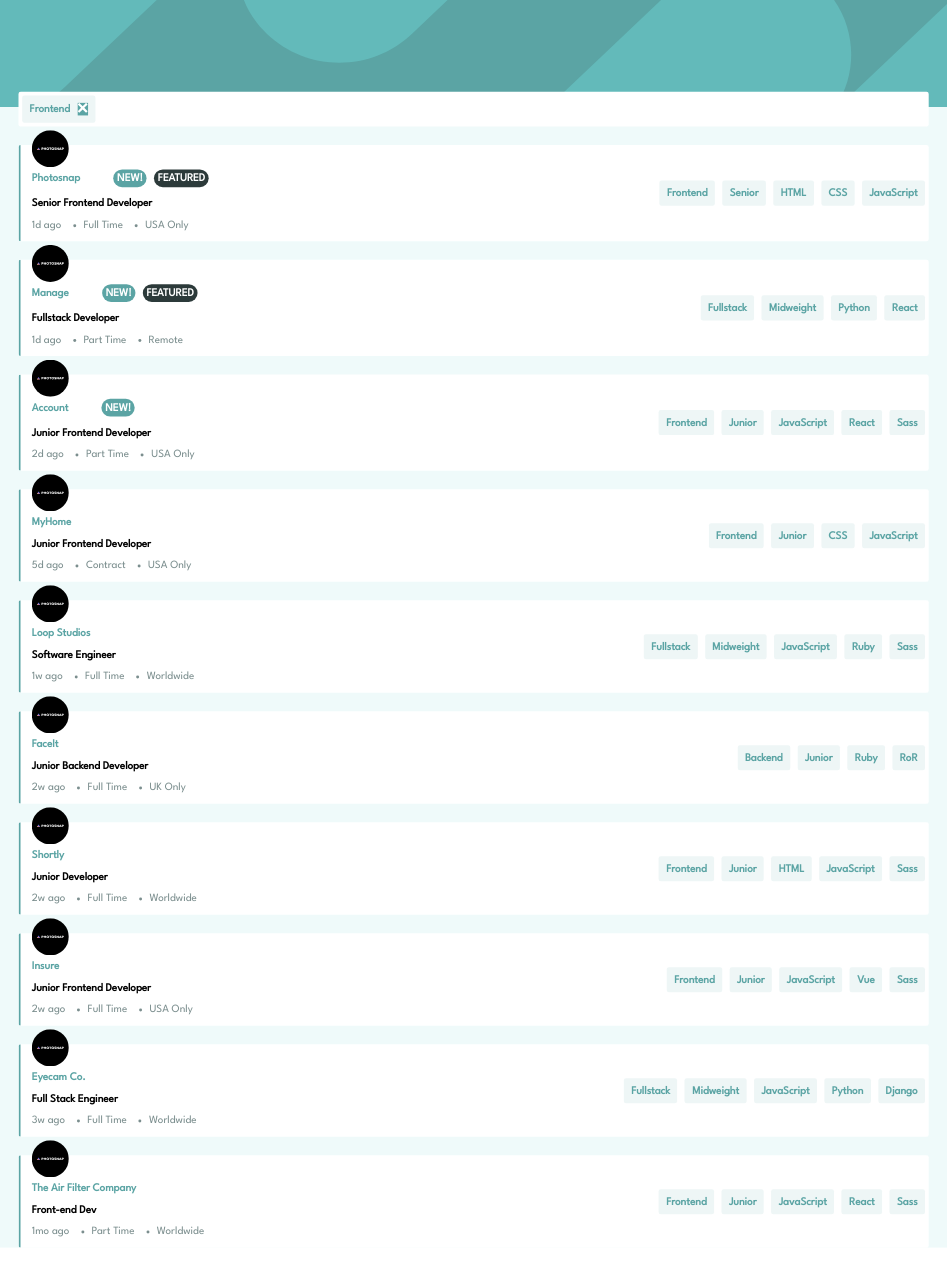
Repository: DevLaukey/job-listing
Page: /
These files come from the project's save history. The page is drawn as it stood at one moment and after the next save; the edit follows.
The browser window is 1280 px wide. The pictures show the whole page, at 74% of full size.
Some web fonts or font styles are not loaded; a fallback is used. The project was rebuilt for these pictures with package versions that can differ from the ones it lists, and the page was loaded fresh each time.

Above is the page before, as saved 2022-06-03 00:59:48.

### src/App.js
import "./App.css";
import Filter from "./components/Filter";
import Header from "./components/Header";
import Tablet from "./components/Tablet";
import data from "./data.json";

function App() {
  const tablets = data.map((data) => <Tablet
    key={data.id}
    company={data.company}
    neew={data.new}
    featured={data.featured}
    position={data.position}
    role={data.role}
    level={data.level}
    postedAt={data.postedAt}
    contract={data.contract}
    location={data.location}
    languages={data.languages}
    tools={data.tools}
    logo={data.logo} />);
  return (
    <div className="App">
      <Header />
      <Filter />
      <div className="content">{tablets}</div>
    </div>
  );
}

export default App;

### src/App.css
@import url('https://fonts.googleapis.com/css2?family=Grape+Nuts&family=League+Spartan&display=swap');
*{
  margin: 0;
  padding: 0;
  box-sizing: border-box;
}
.App{
  background-color: hsl(180, 52%, 96%);
  font-size: 15px;
}

### src/components/Filter.js
import React from 'react'
import icon from "./images/icon-remove.svg";
function Filter() {
  return (
      <div className="tablet filter">
          <div className="option">
              <p className="frontend">Frontend</p>
              <div className="icon">

              <img src={icon } alt="" />
              </div>
          </div>
    </div>
  )
}

export default Filter

### src/components/Header.js
import React from 'react'
import "./styles.css"

function Header() {
  return (
    <header className='header'></header>
  )
}

export default Header

### src/components/Tablet.js
import React from "react";
import "./styles.css";
import logos from "./images/photosnap.svg";
function Tablet({ key, company, logo, neew, featured, position, role, level, postedAt, contract, location, languages, tools }) {
    // console.log(logo);
    // const logos = require(logo).default;
    // console.log(logos)
    return (
      <div className="tablet boarder">
        <div className="tablet_content" >
          <img className="image" src={logos} alt="" />

          <div className="heading">
            <div className="company">
              <p>{company}</p>
            </div>
            <div>{neew && <p className="new">NEW!</p>}</div>
            <div>{featured && <p className="featured">FEATURED</p>}</div>
          </div>
          <div className="title">
            <p>{position}</p>
          </div>
          <div className="details">
            <p>{postedAt}</p>
            <ul className="list">
              <li>{contract}</li>
              <li className="country">{location}</li>
            </ul>
          </div>
          <hr className="line" />
        </div>
          <div className="tags">
            <p className="category">{role}</p>
            <p className="category">{level}</p>
            {languages.map((language) => (
              <p className="category"> {language}</p>
            ))}
            {tools.map((tool) => (
              <p className="category"> {tool}</p>
            ))}
          </div>
      </div>
    );
}

export default Tablet;

### src/components/styles.css
.header {
  background-image: url(../assets/bg-header-mobile.svg);
  padding: 10vh;
  background-color: hsl(180, 29%, 50%);
}
.tablet {
  background-color: white;
  margin: 25px 25px 20px 25px;
  font-family: "League Spartan", sans-serif;
  border-radius: 3px;
  font-weight: 700;
}
.boarder {
  border-left: 3px solid hsl(180, 29%, 50%);
}
.tablet_content {
  margin-left: 15px;
  margin-right: 25px;
  align-items: center;
}
.image {
  height: 50px;
  margin-top: -20px;
}
.heading {
  display: flex;
}
.company {
  color: hsl(180, 29%, 50%);
  margin-right: 3em;
  margin-top: 5px;
}
.new {
  background-color: hsl(180, 29%, 50%);
  padding: 5px;
  color: white;
  border-radius: 25px;
  margin-right: 10px;
}
.featured {
  background-color: hsl(180, 14%, 20%);
  padding: 5px;
  color: white;
  border-radius: 25px;
}
.title {
  margin-top: 15px;
}
.details {
  display: flex;
  color: hsl(180, 8%, 52%);
  font-weight: 400;
  margin-top: 15px;
  margin-bottom: 15px;
}
.list {
  display: flex;
  margin-left: 2em;
}
.country {
  margin-left: 2em;
}
.line {
  margin-bottom: 15px;
  color: gray;
}
.tags {
  color: hsl(180, 29%, 50%);
  display: flex;
  flex-wrap: wrap;
}
.category {
  background-color: hsl(180, 31%, 95%);
  padding: 10px;
  border-radius: 3px;
  margin: 5px;
}

.filter {
  margin-top: -20px;
  display: flex;
  flex-wrap: wrap;
}
.option {
  color: hsl(180, 29%, 50%);
  display: flex;
  align-items: center;
  width : fit-content;
   background-color: hsl(180, 31%, 95%);
  padding: 10px;
  border-radius: 3px;
  margin: 5px;
}
.front-end{
    flex-grow: 2;
}
.icon {
  margin-left: 10px;
 flex-grow: 1;
 height:100%;
  background-color: hsl(180, 29%, 50%);
}
/* media query */

@media screen and (min-width: 768px) {
  .header {
    background-image: url(../assets/bg-header-desktop.svg);
  }
  .line {
    display: none;
  }
  .tablet {
    display: flex;
    align-items: center;
    justify-content: space-between;
  }
}

Loaded but not shown: public/index.html (common file); src/index.js (common file); src/index.css (common file); src/reportWebVitals.js (common file); src/data.json (common file)

After the next save:
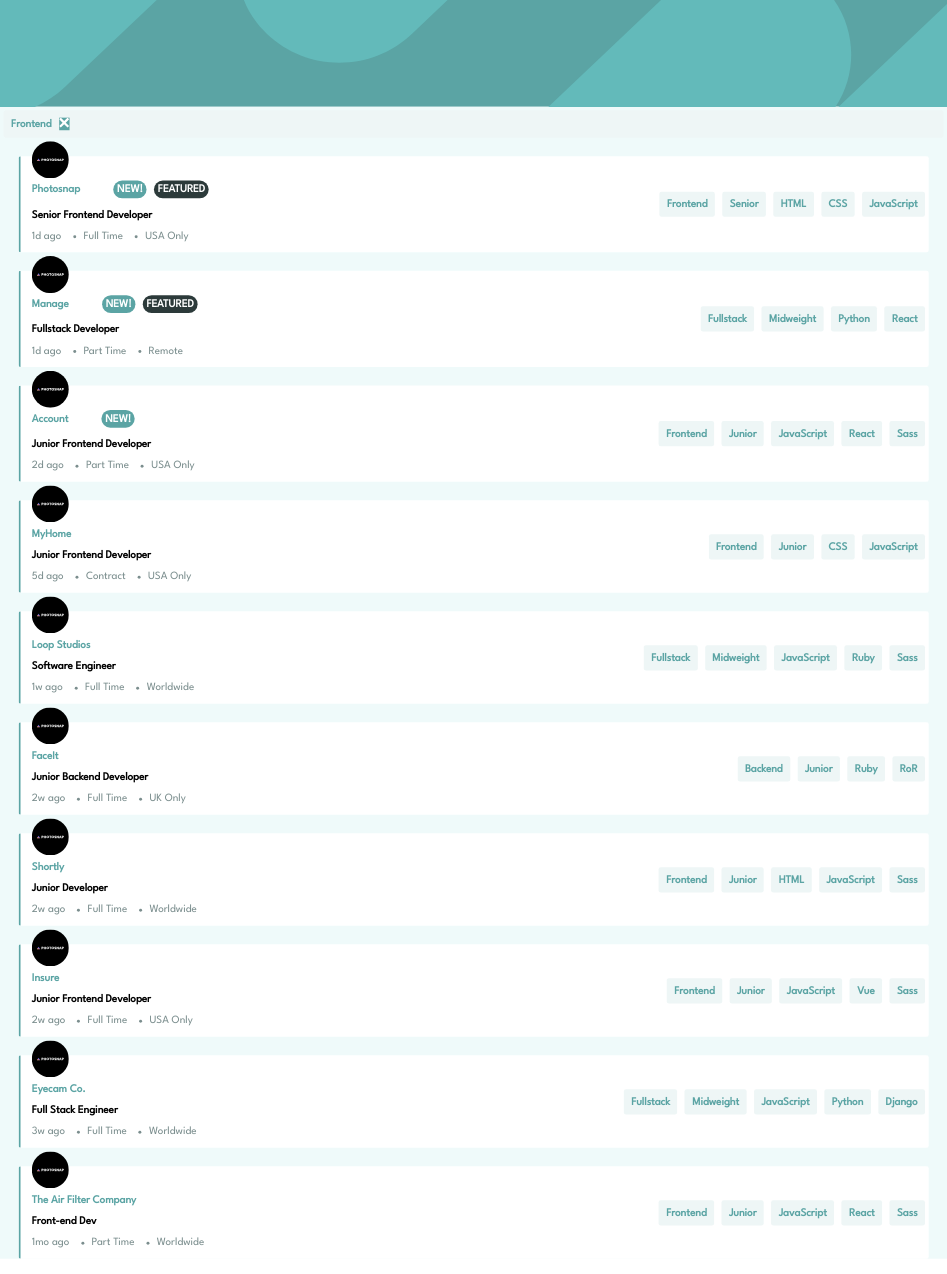
Saved 51 s later.
--- a/src/components/styles.css
+++ b/src/components/styles.css
@@ -79,6 +79,10 @@
 .filter {
   margin-top: -20px;
   display: flex;
+  background-color: hsl(180, 31%, 95%);
+  padding: 10px;
+  border-radius: 3px;
+  margin: 5px;
   flex-wrap: wrap;
 }
 .option {
@@ -86,10 +90,6 @@
   display: flex;
   align-items: center;
   width : fit-content;
-   background-color: hsl(180, 31%, 95%);
-  padding: 10px;
-  border-radius: 3px;
-  margin: 5px;
 }
 .front-end{
     flex-grow: 2;
